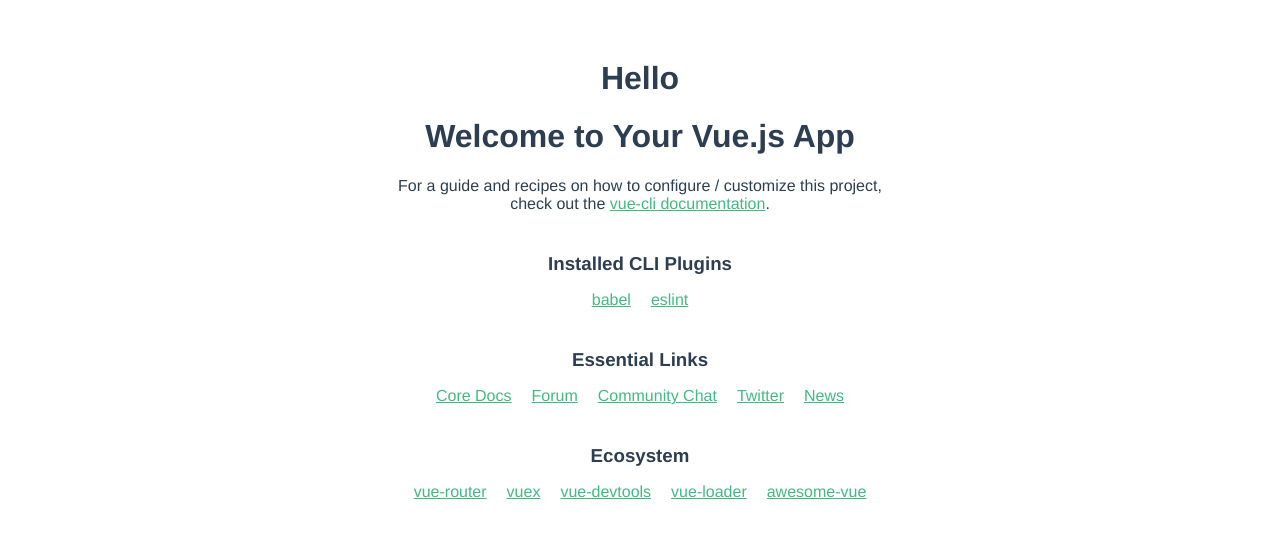
Repository: nosplashurinal/akd-blog
Page: /
The author's editor kept a copy of each file at every save. The page is drawn from the files as they stood at one save, then again after the next save.
The browser window is 1280 px wide. The pictures show the whole page.
The project was rebuilt for these pictures with package versions that can differ from the ones it lists, and the page was loaded fresh each time.

Above is the page before, as saved 2019-01-21 18:22:09.

After the next save:
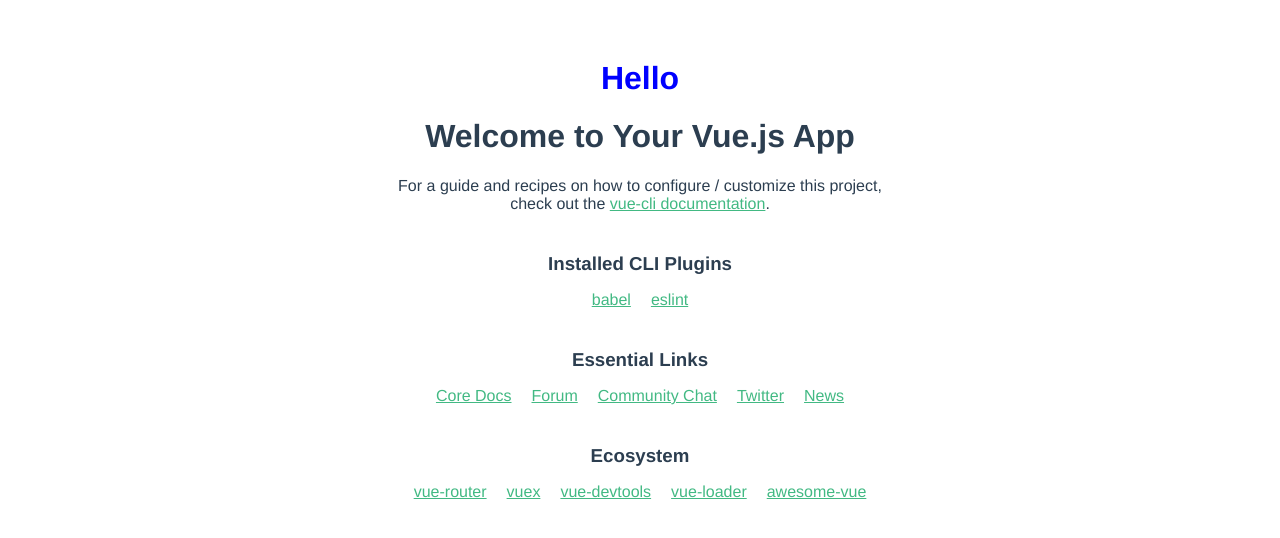
Saved 7 s later.
--- a/src/styles/app.scss
+++ b/src/styles/app.scss
@@ -5,4 +5,7 @@
   text-align: center;
   color: #2c3e50;
   margin-top: 60px;
+  .title {
+    color: blue;
+  }
 }
